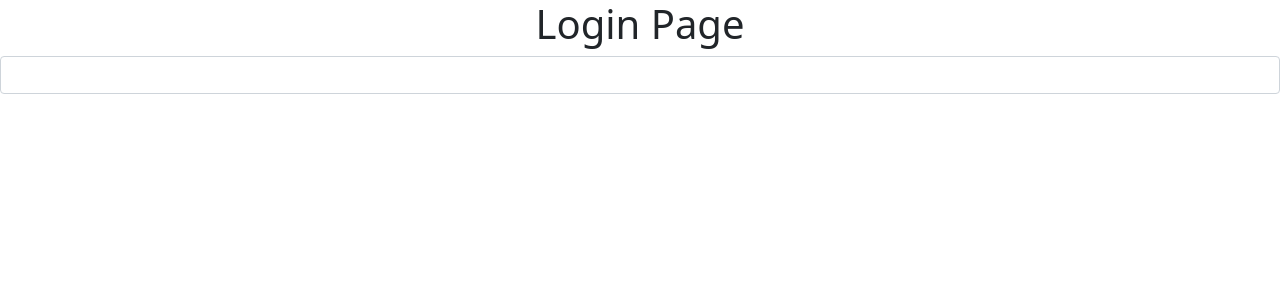
Repository: becoderpavy/servlet_tutorials
Page: 3_RequestDispatch_Example/src/main/webapp/login.html
An editor plug-in stored every save of this project. The page is shown before and after the next save, followed by the edit.
The browser window is 1280 px wide. The pictures show the whole page.

Above is the page before, as saved 2023-06-09 16:41:41.

### 3_RequestDispatch_Example/src/main/webapp/login.html
<!DOCTYPE html>
<html>
<head>
<meta charset="ISO-8859-1">
<title>Insert title here</title>
<link
	href="https://cdn.jsdelivr.net/npm/bootstrap@5.0.2/dist/css/bootstrap.min.css"
	rel="stylesheet"
	integrity="sha384-EVSTQN3/azprG1Anm3QDgpJLIm9Nao0Yz1ztcQTwFspd3yD65VohhpuuCOmLASjC"
	crossorigin="anonymous">
</head>
<body>
	<h1 class="text-center">Login Page</h1>
	<div class="text-center">
		<form>
			<input type="text" name="email" class="form-control">
		</form>

	</div>
</body>
</html>

After the next save:
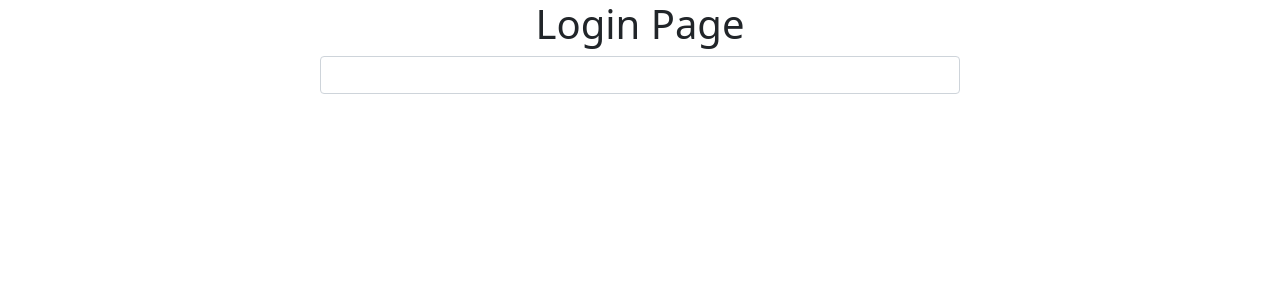
Saved 22 s later.
--- a/3_RequestDispatch_Example/src/main/webapp/login.html
+++ b/3_RequestDispatch_Example/src/main/webapp/login.html
@@ -11,7 +11,7 @@
 </head>
 <body>
 	<h1 class="text-center">Login Page</h1>
-	<div class="text-center">
+	<div class="text-center col-md-6 offset-md-3">
 		<form>
 			<input type="text" name="email" class="form-control">
 		</form>
